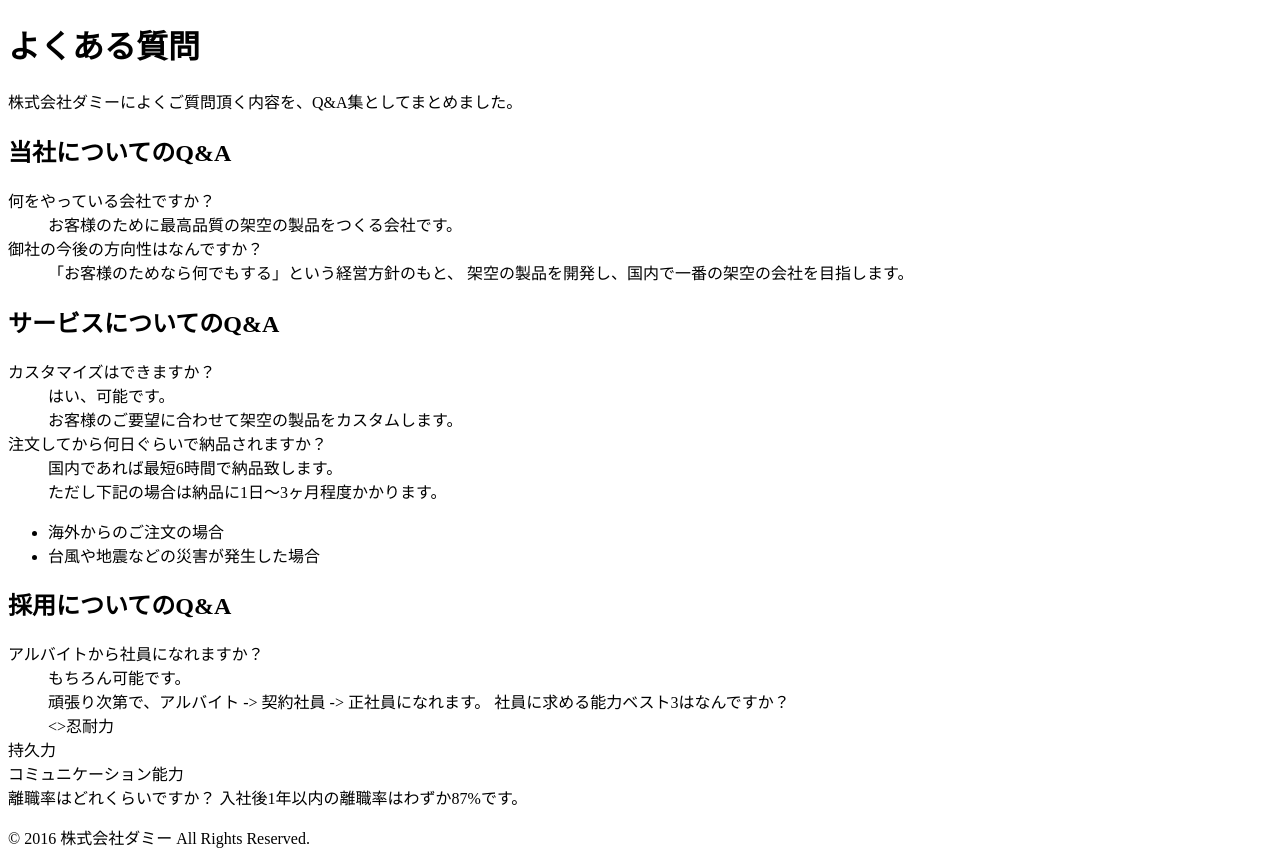
Repository: winc1980/practice-hp2022-wednesday
Page: ruka/practice1.html
These files come from the project's save history. The page is drawn as it stood at one moment and after the next save; the edit follows.
The browser window is 1280 px wide. The pictures show the whole page.

Above is the page before, as saved 2022-05-26 00:35:45.

### ruka/practice1.html
<!DOCTYPE html>
<html lang="ja">
<head>
    <meta charset="UTF-8">
    <meta http-equiv="X-UA-Compatible" content="IE=edge">
    <meta name="viewport" content="width=device-width, initial-scale=1.0">
    <title>よくある質問 | 架空の株式会社ダミー</title>
</head>
<body>
    <h1>よくある質問</h1>

<p>
株式会社ダミーによくご質問頂く内容を、Q&A集としてまとめました。
</p>

<h2>当社についてのQ&A</h2>


何をやっている会社ですか？
<dd>
お客様のために最高品質の架空の製品をつくる会社です。
</dd>

御社の今後の方向性はなんですか？
<dd>
「<span>お客様のためなら何でもする</span>」という経営方針のもと、
架空の製品を開発し、<span>国内で一番の架空の会社を目指します。</span>
</dd>


<h2>サービスについてのQ&A</h2>

カスタマイズはできますか？
<dd>
はい、可能です。<br>
お客様のご要望に合わせて架空の製品をカスタムします。
</dd>

注文してから何日ぐらいで納品されますか？
<dd>
国内であれば最短6時間で納品致します。<br>
ただし下記の場合は納品に1日〜3ヶ月程度かかります。
</dd>
<ul>
<li>
海外からのご注文の場合
</li>
<li>
台風や地震などの災害が発生した場合
</li>
</ul>
<h2>採用についてのQ&A</h2>

アルバイトから社員になれますか？
<dd>
もちろん可能です。<br>
頑張り次第で、アルバイト -> 契約社員 -> 正社員になれます。

社員に求める能力ベスト3はなんですか？
<dd>
<>忍耐力</>
<dt>持久力</dt>
<dt>コミュニケーション能力</dt>
</dd>



離職率はどれくらいですか？
入社後1年以内の離職率は<span >わずか</span>87%です。
<p>
© 2016 株式会社ダミー All Rights Reserved.
</p>
</body>
</html>

After the next save:
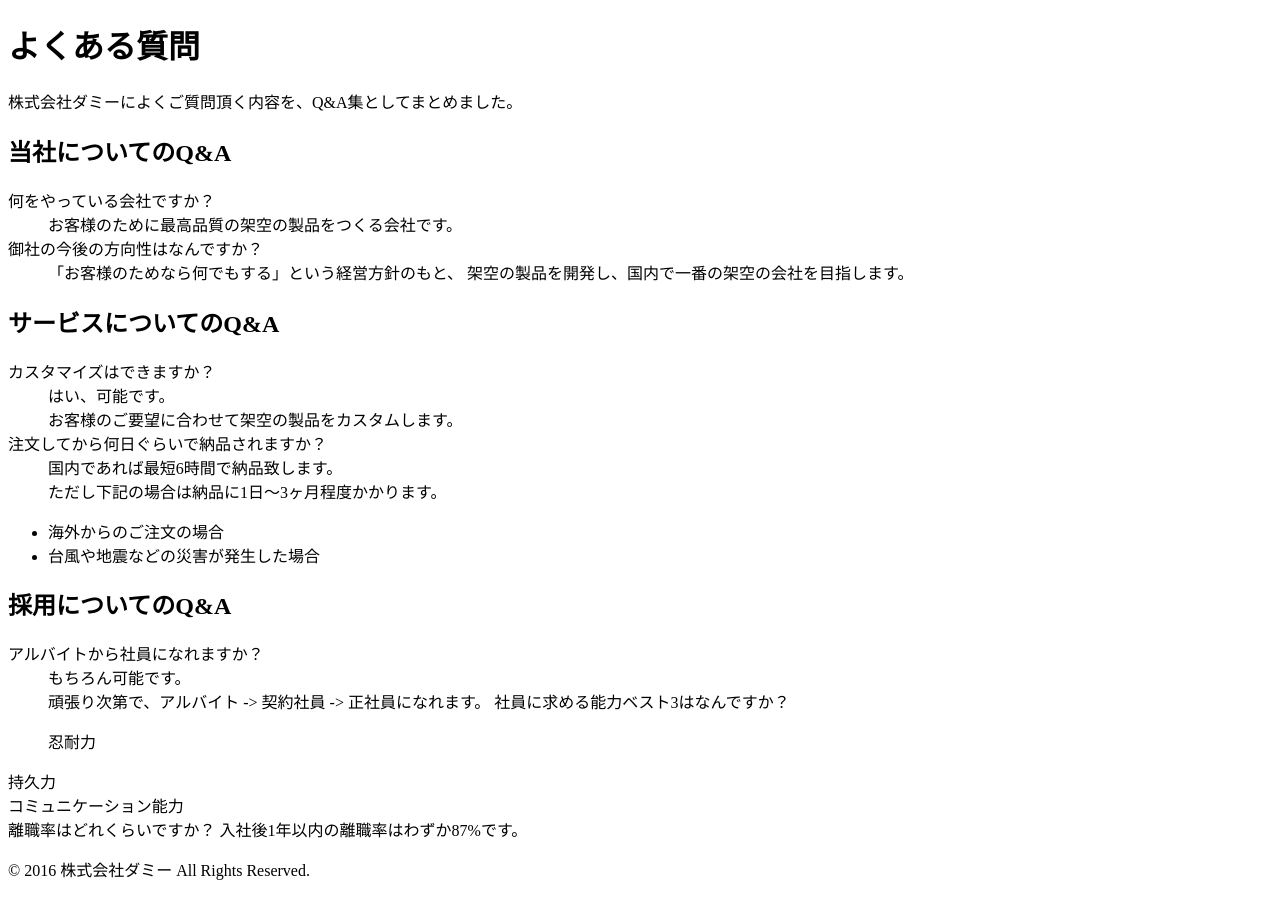
Saved 4 s later.
--- a/ruka/practice1.html
+++ b/ruka/practice1.html
@@ -58,7 +58,7 @@
 
 社員に求める能力ベスト3はなんですか？
 <dd>
-<>忍耐力</>
+<dl>忍耐力</dl>
 <dt>持久力</dt>
 <dt>コミュニケーション能力</dt>
 </dd>
